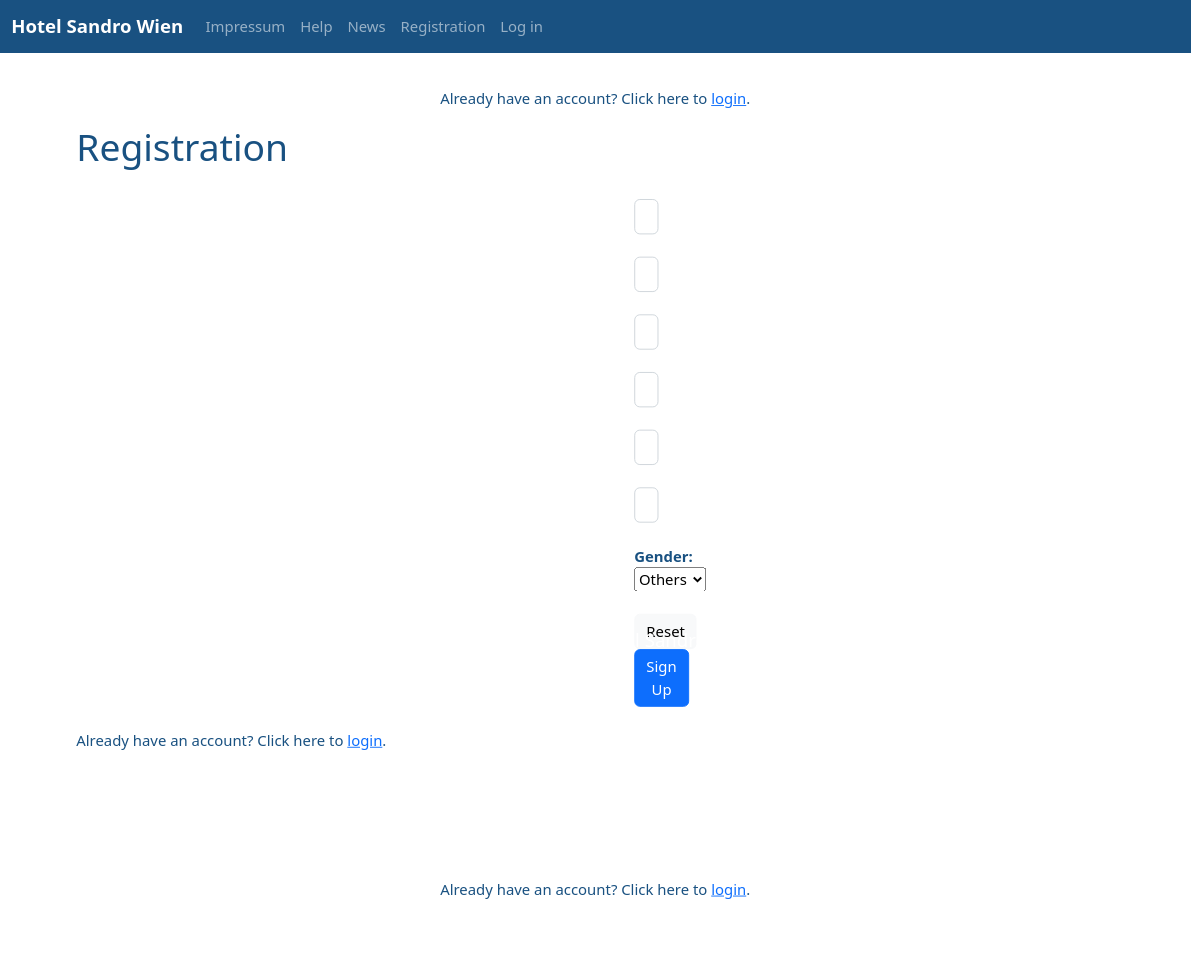
Repository: TIS0N/Hotel_Sandro
Page: http://localhost/pages/registration.php
These files come from the project's save history. The page is drawn as it stood at one moment and after the next save; the edit follows.
The browser window is 1280 px wide. The page is 1282 px wide, then 1280 px, so the pictures cover 1282 px, including what lies to the right of the window. The pictures show the whole page, at 93% of full size.
The page is run by PHP 8.4 with error messages shown; the project is at /var/www/html/.

Above is the page before, as saved 2023-01-16 00:28:35.

### pages/registration.php
<!DOCTYPE html>
<html lang="en">
<head>
    <meta charset="UTF-8">
    <meta http-equiv="X-UA-Compatible" content="IE=edge">
    <meta name="viewport" content="width=device-width, initial-scale=1.0">
    <link href="https://cdn.jsdelivr.net/npm/bootstrap@5.2.2/dist/css/bootstrap.min.css" rel="stylesheet" integrity="sha384-Zenh87qX5JnK2Jl0vWa8Ck2rdkQ2Bzep5IDxbcnCeuOxjzrPF/et3URy9Bv1WTRi" crossorigin="anonymous">
    <script src="https://cdn.jsdelivr.net/npm/bootstrap@5.2.2/dist/js/bootstrap.bundle.min.js" integrity="sha384-OERcA2EqjJCMA+/3y+gxIOqMEjwtxJY7qPCqsdltbNJuaOe923+mo//f6V8Qbsw3" crossorigin="anonymous"></script>
    <link rel="stylesheet" href="../res/css/stylesheet.css"/>
    <title>Hotel Sandro Wien - Sign In</title>
</head>
<body id="body">

<?php
include "../inc/navigation.php";
?>
<!--
    <h1>Registration</h1><br>

    <section class="signup-form">
            <form id="registration-form" action="../inc/signup.inc.php" method="post">
                <input type="text" class="form-control" name="fname" placeholder="First Name..."></br>
                <input type="text" class="form-control" name="lname" placeholder="Last Name..."></br>
                <input type="text" class="form-control" name="usersUid" placeholder="Username..."></br>
                <input type="email" class="form-control" name="email" placeholder="Email..."></br>
                <input type="password" class="form-control" name="pwd" placeholder="Password..."></br>
                <input type="password" class="form-control" name="password2" placeholder="Repeat Password..."></br>

                <strong>Gender:</strong>
                <select name="gender">
                    <option value="others">Others</option>
                    <option value="male">Male</option>
                    <option value="female">Female</option>
                </select><br><br>
                <button class="btn btn-light" type="reset" name="reset">Reset</button>
                <button class="btn btn-primary" type="submit" name="submit">Sign Up</button>
            </form>
-->
            <?php
                if(isset($_GET["error"])){
                    if($_GET["error"] == "emptyinput"){
                        echo "<p>Fill in all fields</p>";
                    } else if($_GET["error"] == "invalidemail"){
                        echo "<p>Email not found!</p>";
                    }else if($_GET["error"] == "passwordsnotmatch"){
                        echo "<p>Passwords dont match!</p>";
                    }else if($_GET["error"] == "Emailexists"){
                        echo "<p>User with this e-mail already exists!</p>";
                    }else if($_GET["error"] == "statementfailed"){
                        echo "<p>Something went wrong. Try again!</p>";
                    }else if($_GET["error"] == "None") {
                        echo "<p>User signed up!</p>";
                }
                }
            ?>

            <br><p>Already have an account? Click here to <a href="login.php">login</a>.</p>

    </section>


    <div class="container text-start" id="impressum">
        <div class="row align-items-start">
            <div class="col">
                <h1>Registration</h1><br>
                <section class="signup-form">
                    <form id="registration-form" action="../inc/signup.inc.php" method="post">
                        <input type="text" class="form-control" name="fname" placeholder="First Name..."></br>
                        <input type="text" class="form-control" name="lname" placeholder="Last Name..."></br>
                        <input type="text" class="form-control" name="usersUid" placeholder="Username..."></br>
                        <input type="email" class="form-control" name="email" placeholder="Email..."></br>
                        <input type="password" class="form-control" name="pwd" placeholder="Password..."></br>
                        <input type="password" class="form-control" name="password2" placeholder="Repeat Password..."></br>

                        <strong>Gender:</strong>
                        <select name="gender">
                            <option value="others">Others</option>
                            <option value="male">Male</option>
                            <option value="female">Female</option>
                        </select><br><br>

                        <button class="btn btn-light" type="reset" name="reset">Reset</button>
                        <button class="btn btn-primary" type="submit" name="submit">Sign Up</button>
                    </form>

                    <?php
                        if(isset($_GET["error"])){
                            if($_GET["error"] == "emptyinput"){
                                echo "<p>Fill in all fields</p>";
                            } else if($_GET["error"] == "invalidemail"){
                                echo "<p>Email not found!</p>";
                            }else if($_GET["error"] == "passwordsnotmatch"){
                                echo "<p>Passwords dont match!</p>";
                            }else if($_GET["error"] == "Emailexists"){
                                echo "<p>User with this e-mail already exists!</p>";
                            }else if($_GET["error"] == "statementfailed"){
                                echo "<p>Something went wrong. Try again!</p>";
                            }else if($_GET["error"] == "None") {
                                echo "<p>User signed up!</p>";
                            }
                        }
                    ?>

                    <br><p>Already have an account? Click here to <a href="login.php">login</a>.</p>
                </section>
            </div>
            <div class="col" style="text-align: center;">
            <br><br><br><br>
                <br><p>Already have an account? Click here to <a href="login.php">login</a>.</p>
            </div>
        </div>
    </div>







<?php
include "footer.php";
?>

</body>
</html>

### inc/navigation.php
<?php
    if(file_exists("./index.php")){
        $includePath = ".";
    }
    else{
        $includePath = "..";
    }

    include_once "$includePath/config/dbaccess.php";
?>

<div id="navBar">
        <nav class="navbar fixed-top navbar-expand-lg navbar-dark" style="background-color: #195181;">
            <div class="container-fluid">
                <a class="navbar-brand" href= <?php echo "$includePath/index.php"?> style="color: rgb(255, 255, 255);"><strong>Hotel Sandro Wien</strong></a>
                <button class="navbar-toggler" type="button" data-bs-toggle="collapse" data-bs-target="#navbarNav" aria-controls="navbarNav" aria-expanded="false" aria-label="Toggle navigation">
                    <span class="navbar-toggler-icon"></span>
                </button>
                <div class="collapse navbar-collapse" id="navbarNav">
                    <ul class="navbar-nav">
                        <li class="nav-item">
                            <a class="nav-link"href= <?php echo "$includePath/pages/impressum.php"?> class="navbar-brand">Impressum</a>
                        </li>
                        <li class="nav-item">
                            <a class="nav-link" href=<?php echo "$includePath/pages/help.php"?> class="navbar-brand">Help</a>
                        </li>
                        <li class="nav-item">
                            <a class="nav-link" href=<?php echo "$includePath/pages/news.php"?> class="navbar-brand">News</a>
                        </li>

                        <?php
                        if(isset($_SESSION["useruid"])){
                            $userID = "SELECT id FROM users";
                            echo "<li class='nav-item'><a class='nav-link' href=" . "$includePath/pages/profile.php" . " class='navbar-brand'>Profile</a></li>";
                            echo "<li class='nav-item'><a class='nav-link' href=" . "$includePath/inc/logout.inc.php" . " class='navbar-brand'>Log out</a></li>";
                        }else{
                            echo "<li class='nav-item'><a class='nav-link' href=" . "$includePath/pages/registration.php" . " class='navbar-brand'>Registration</a></li>";
                            echo "<li class='nav-item'><a class='nav-link' href=" . "$includePath/pages/login.php" . " class='navbar-brand'>Log in</a></li>";
                        }
                        ?>

                    </ul>
                </div>
            </div>
        </nav>
    </div>

### config/dbaccess.php
<?php
    $host = "localhost";
    $username = "root";
    $password = "";
    $database = "hotelsandrodb";

    $conn=mysqli_connect($host, $username, $password, $database);

    if(!$conn){
        die("Connection failed: ".mysqli_connect_error());
    }
?>

### pages/footer.php
<footer class="bg text-white text-center justify-content-center fixed-bottom" style="color:#195181;">
      <div class="container">
        <p class="lead">Copyright &copy; 2022 Hotel Sandro Wien</p>

        <a href="index.php" class="position-absolute bottom-0 end-0 p-5">
          <i class="bi bi-arrow-up-circle h1"></i>
        </a>
      </div>
    </footer>

### res/css/stylesheet.css
body{
    /*background-color: rgb(63, 72, 84);*/
    background-color: white;
    color: #195181;
    padding-top: 70px;
    padding-bottom: 70px;
    text-align: center;
    /*font-family: cursive;*/
}

#hotelSandroPhoto{
    width: 600px;
    max-width: 100%;
    aspect-ratio: 4/3;
}

#formular{
    background-color: #195181;
    /*border-radius: 10px;*/
    border-color: rgb(255, 255, 255);
    border-style: double;
}

table{
    font-family: arial, sans-serif;
  border-collapse: collapse;
  width: 100%;
}

td, th {
  border: 1px solid #dddddd;
  text-align: left;
  padding: 8px;
}

tr:nth-child(even) {
  background-color: #dddddd;
}

#registration-form{
    padding-left: 600px;
    padding-right: 600px;

}

After the next save:
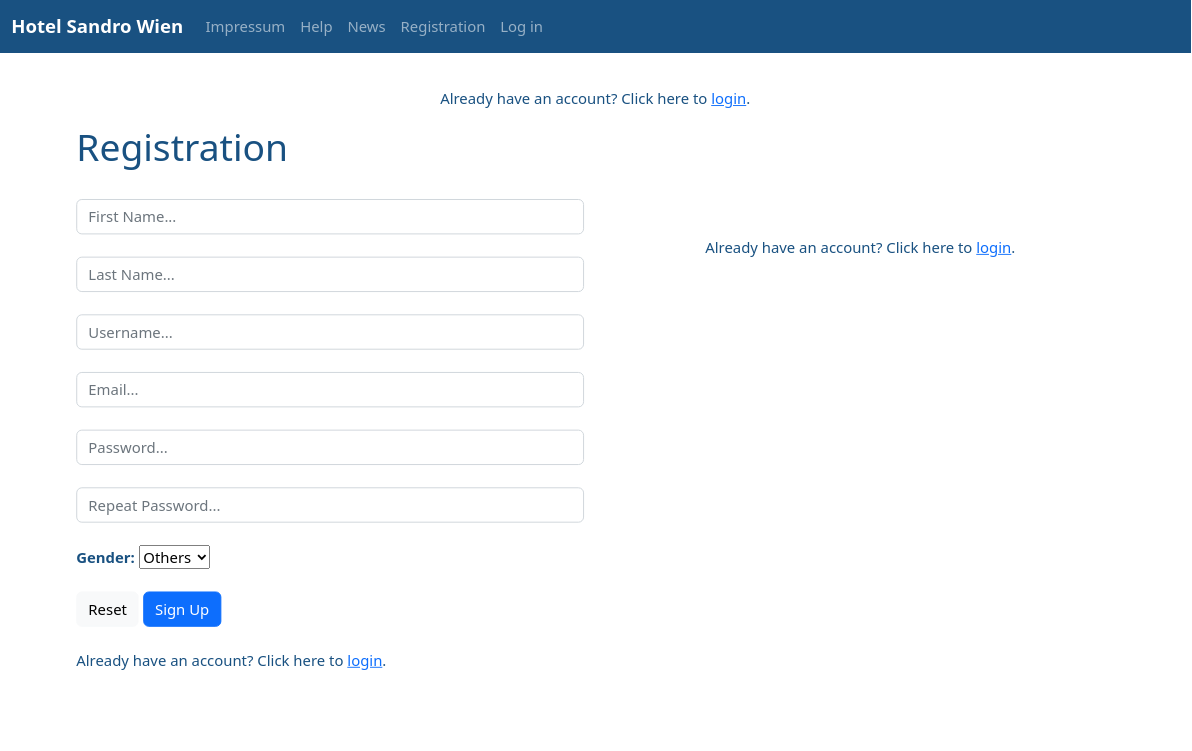
Saved 34 s later.
--- a/res/css/stylesheet.css
+++ b/res/css/stylesheet.css
@@ -36,9 +36,10 @@ td, th {
 tr:nth-child(even) {
   background-color: #dddddd;
 }
-
+/*
 #registration-form{
     padding-left: 600px;
     padding-right: 600px;
 
 }
+*/
